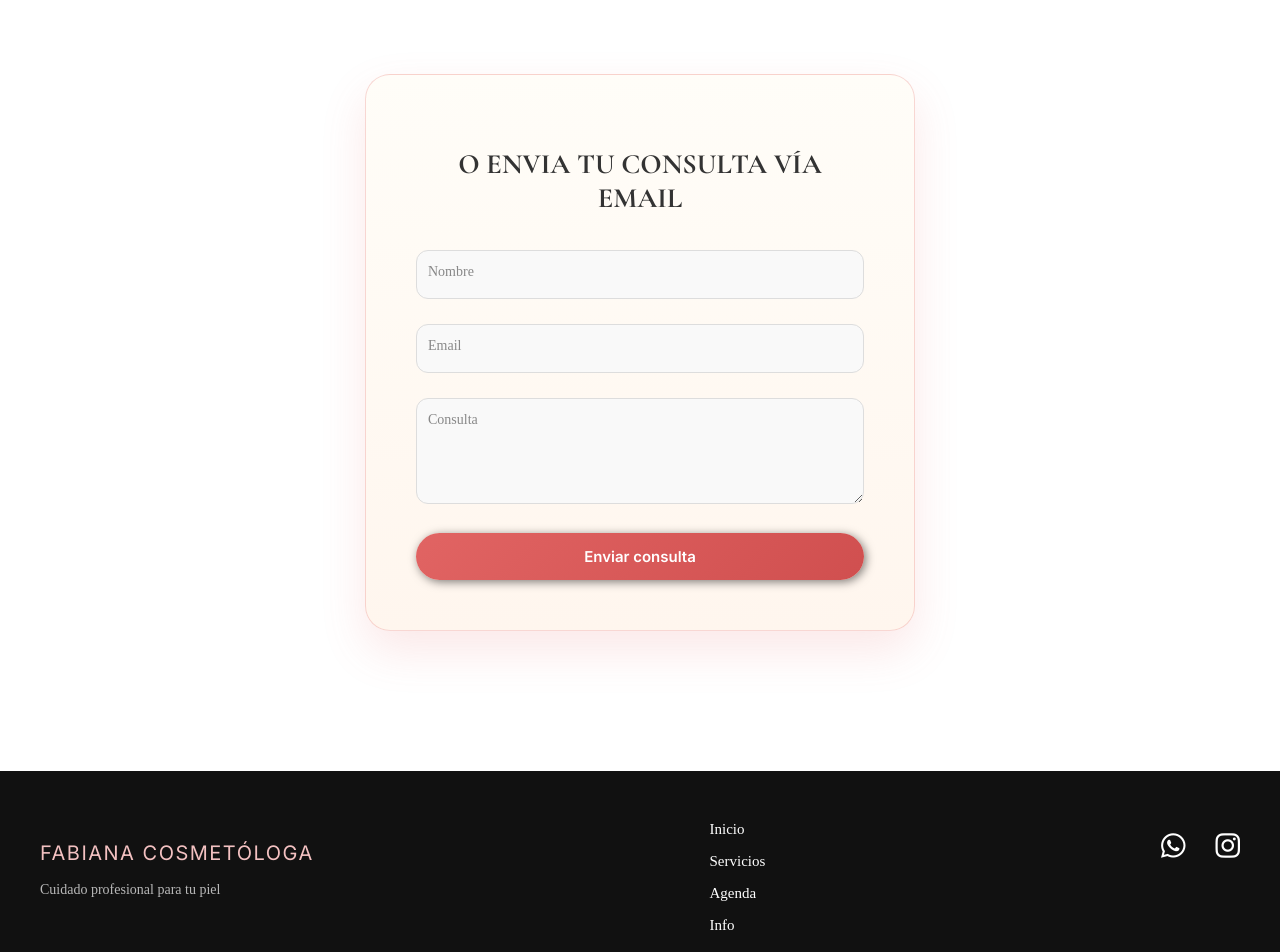
Repository: thiagobal1891-sudo/paginaweb
Page: pages/agenda.html
An editor plug-in stored every save of this project. The page is shown before and after the next save, followed by the edit.
The browser window is 1280 px wide. The pictures show the part of the page from y = 1069 to 2021 px (the page is 2179 px tall before and 2191 px after).
Some web fonts or font styles are not loaded; a fallback is used.

Above is the page before, as saved 2026-03-11 12:54:22.
Console error: ReferenceError: emailjs is not defined

After the next save:
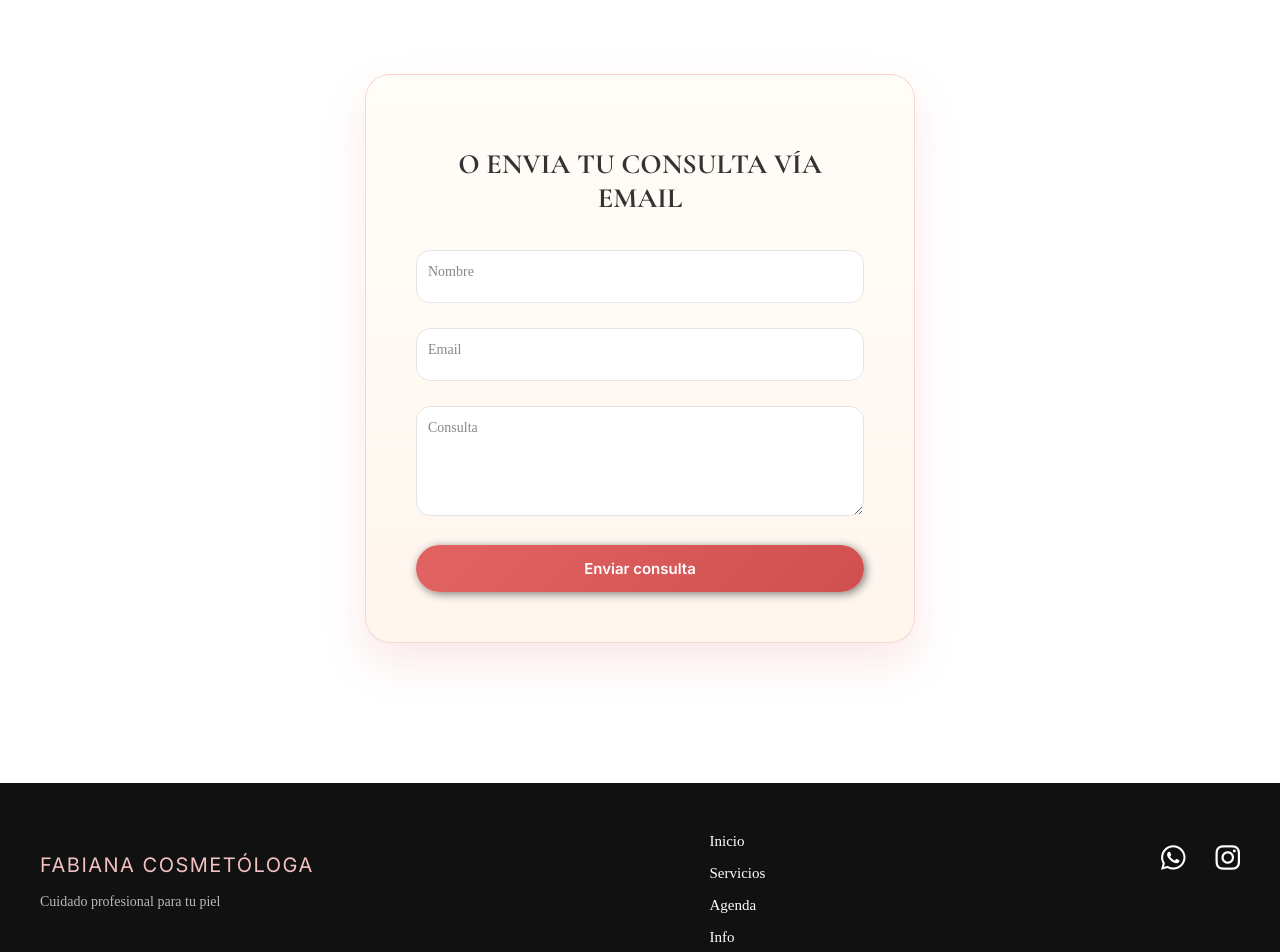
Saved 33 s later.
--- a/css/style.css
+++ b/css/style.css
@@ -684,27 +684,24 @@ color:#333;
   position: relative;
   margin-bottom: 25px;
 }
-
 .form-group input,
-.form-group textarea {
-  width: 100%;
-  padding: 14px 12px;
-  border-radius: 12px;
-  border: 1px solid #ddd;
-  font-size: 15px;
-  font-family: "Inter", sans-serif;
-  outline: none;
-  transition: all 0.3s ease;
-  background: #f9f9f9;
+.form-group textarea{
+width:100%;
+padding:16px 14px;
+border-radius:14px;
+border:1px solid #e5e5e5;
+font-size:15px;
+font-family:"Inter", sans-serif;
+outline:none;
+transition:all .3s ease;
+background:#fff;
 }
 
 .form-group input:focus,
-.form-group textarea:focus {
-  border-color: #E16463;
-  background: white;
-  box-shadow: 0 0 0 3px rgba(225,100,99,0.15);
-}
-
+.form-group textarea:focus{
+border-color:#E16463;
+box-shadow:0 0 0 3px rgba(225,100,99,.12);
+}
 /* LABEL flotante */
 .form-group label {
   position: absolute;
